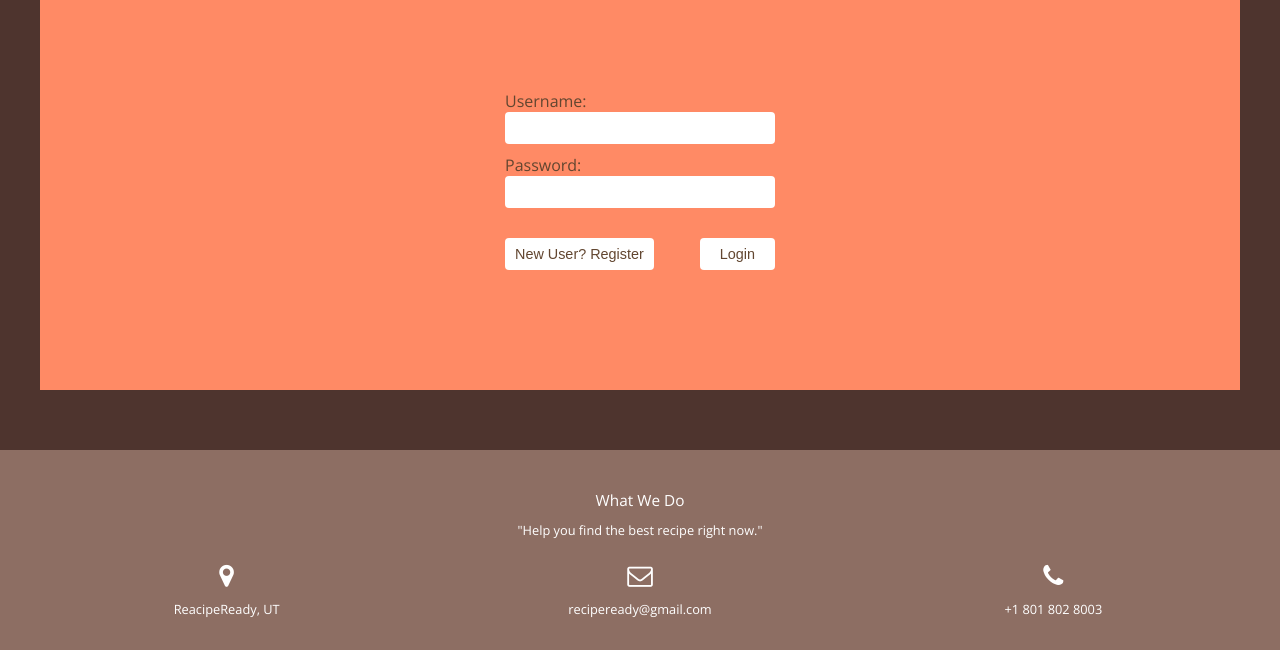
Repository: qianhuiwei/RecipeReady
Page: eclipse-workspace-capstone/capstone/src/main/webapp/index.html
The author's editor kept a copy of each file at every save. The page is drawn from the files as they stood at one save, then again after the next save.
The browser window is 1280 px wide. The pictures show the part of the page from y = 310 to 1080 px (the page is 960 px tall before and 1080 px after).
The page's requests for data from a server got no answer. Some web libraries are served in a nearby version.

Above is the page before, as saved 2020-10-13 02:42:40.

After the next save:
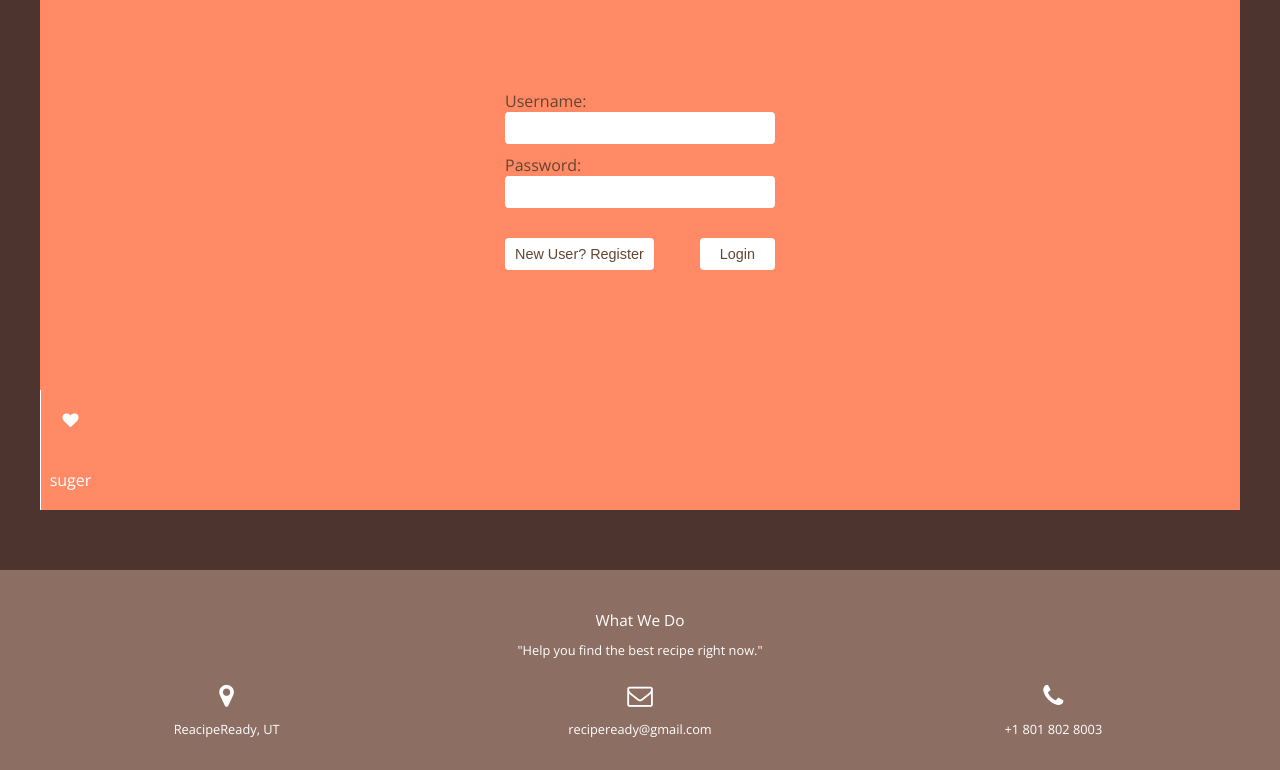
Saved 3 min 35 s later.
--- a/eclipse-workspace-capstone/capstone/src/main/webapp/index.html
+++ b/eclipse-workspace-capstone/capstone/src/main/webapp/index.html
@@ -92,17 +92,16 @@
         </li>
       </ul>
 
-      <!-- <ul id="ingredient-list">
+      <ul id="ingredient-list">
         <li class="category">
-          <p  />
-          <div>
-            <a class="item-name" href="#">Item</a>
-          </div>
           <div class="fav-link">
             <i class="fa fa-heart"></i>
           </div>
+          <div class="fav-link">
+            <p class="fridge-ingredients"> suger </i>
+          </div>
         </li>
-      </ul>  -->
+      </ul>
 
      <!--  <div id="item-list">
        <div class="item">
--- a/eclipse-workspace-capstone/capstone/src/main/webapp/scripts/main.js
+++ b/eclipse-workspace-capstone/capstone/src/main/webapp/scripts/main.js
@@ -581,7 +581,7 @@ function addFridgeCategory(itemList, fridgeItem) {
     });
 
     deleteBtn.onclick = function() {
-   		alert("test!");
+   		alert(fridgeItem);
     };
 
     deleteBtn.appendChild($create('i', {

After the 3 saves that followed:
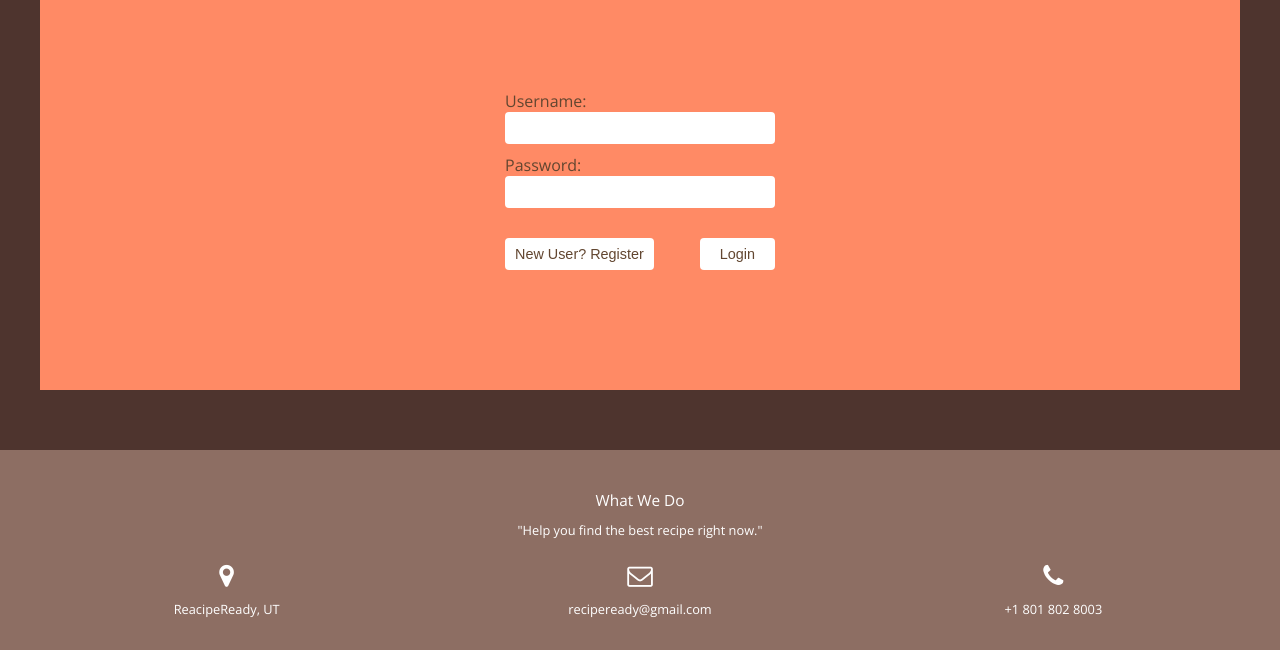
The 3 saves are shown as one change because 2 left the picture as it was.
The last was saved 10 min 17 s later.
--- a/eclipse-workspace-capstone/capstone/src/main/webapp/index.html
+++ b/eclipse-workspace-capstone/capstone/src/main/webapp/index.html
@@ -92,7 +92,7 @@
         </li>
       </ul>
 
-      <ul id="ingredient-list">
+     <!--  <ul id="ingredient-list">
         <li class="category">
           <div class="fav-link">
             <i class="fa fa-heart"></i>
@@ -101,7 +101,7 @@
             <p class="fridge-ingredients"> suger </i>
           </div>
         </li>
-      </ul>
+      </ul>  -->
 
      <!--  <div id="item-list">
        <div class="item">
--- a/eclipse-workspace-capstone/capstone/src/main/webapp/scripts/main.js
+++ b/eclipse-workspace-capstone/capstone/src/main/webapp/scripts/main.js
@@ -572,8 +572,8 @@ function listFridge(fridge) {
 
 function addFridgeCategory(itemList, fridgeItem) {
 
-	var li = $create('li', {
-      className: 'item'
+	var div = $create('div', {
+      className: 'category'
     });
 
 	var deleteBtn = $create('p', {
@@ -589,7 +589,7 @@ function addFridgeCategory(itemList, fridgeItem) {
       className: 'fa fa-minus-circle'
     }));
 
-    li.appendChild(deleteBtn);
+    div.appendChild(deleteBtn);
 
     // ingredients
     var fridgeList = $create('p', {
@@ -597,9 +597,9 @@ function addFridgeCategory(itemList, fridgeItem) {
     });
 
     fridgeList.innerHTML = fridgeItem;
-    li.appendChild(fridgeList);
-
-    itemList.appendChild(li);
+    div.appendChild(fridgeList);
+
+    itemList.appendChild(div);
 }
 
   /**
